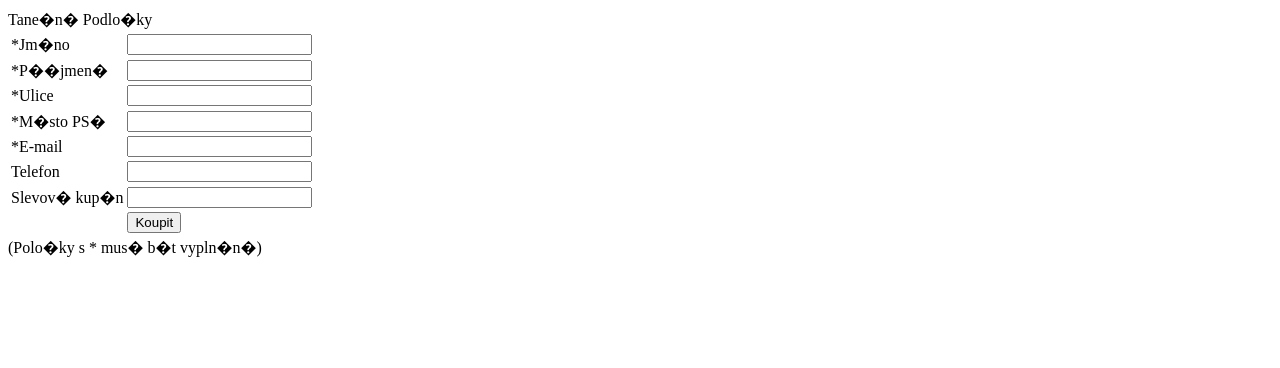
Repository: shadowroot/workspace
Page: http://localhost/
An editor plug-in stored every save of this project. The page is shown before and after the next save, followed by the edit.
The browser window is 1280 px wide. The pictures show the whole page.
The page is run by PHP 8.4 with error messages shown; the project is at /var/www/html/.

Above is the page before, as saved 2011-11-30 20:39:11.

After the next save:
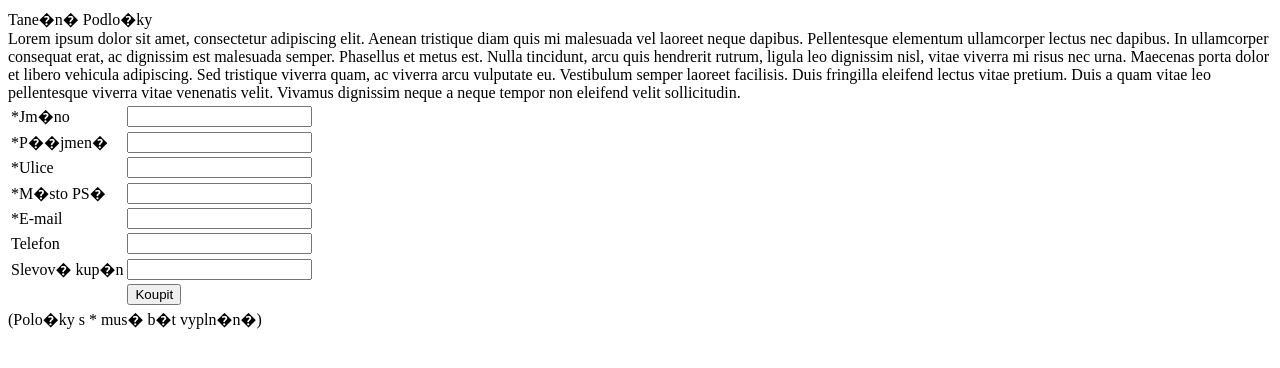
Saved 32 s later.
--- a/tommys_job/index.php
+++ b/tommys_job/index.php
@@ -6,7 +6,7 @@
 	<body>
 	<div id="nadpis">Taneèní Podložky</div>
 	<div id="predmet_foto"></div>
-	<div id="info"></div>
+	<div id="info">Lorem ipsum dolor sit amet, consectetur adipiscing elit. Aenean tristique diam quis mi malesuada vel laoreet neque dapibus. Pellentesque elementum ullamcorper lectus nec dapibus. In ullamcorper consequat erat, ac dignissim est malesuada semper. Phasellus et metus est. Nulla tincidunt, arcu quis hendrerit rutrum, ligula leo dignissim nisl, vitae viverra mi risus nec urna. Maecenas porta dolor et libero vehicula adipiscing. Sed tristique viverra quam, ac viverra arcu vulputate eu. Vestibulum semper laoreet facilisis. Duis fringilla eleifend lectus vitae pretium. Duis a quam vitae leo pellentesque viverra vitae venenatis velit. Vivamus dignissim neque a neque tempor non eleifend velit sollicitudin. </div>
 	<div id="cena"></div>
 	<div id="nova_cena"></div>
 
